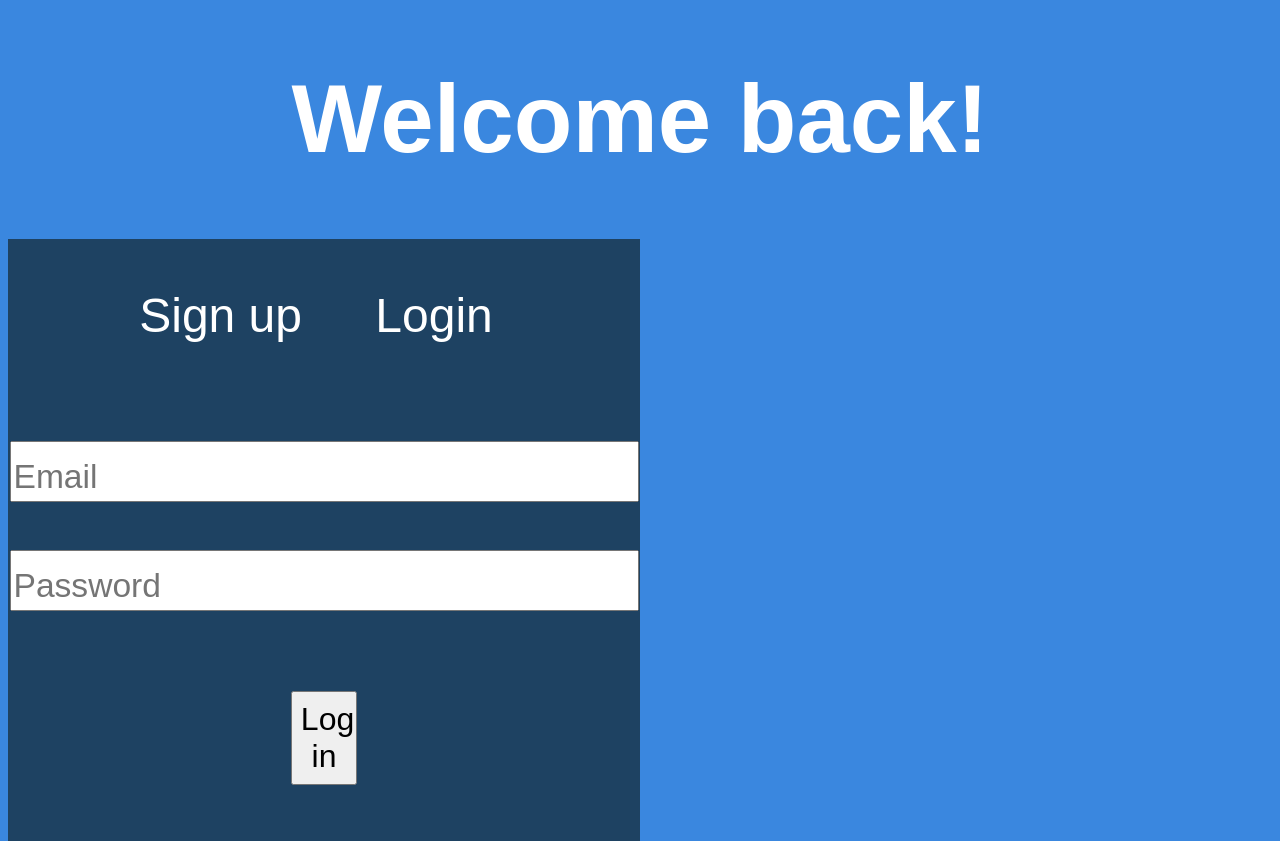
Repository: NicolasssCarlos/basic-flask-login
Page: http://localhost/
These files come from the project's save history. The page is drawn as it stood at one moment and after the next save; the edit follows.
The browser window is 1280 px wide. The pictures show the whole page.
The page is served by the project's application, run on Flask 3 (app.py).

Above is the page before, as saved 2025-06-11 20:53:18.

After the next save:
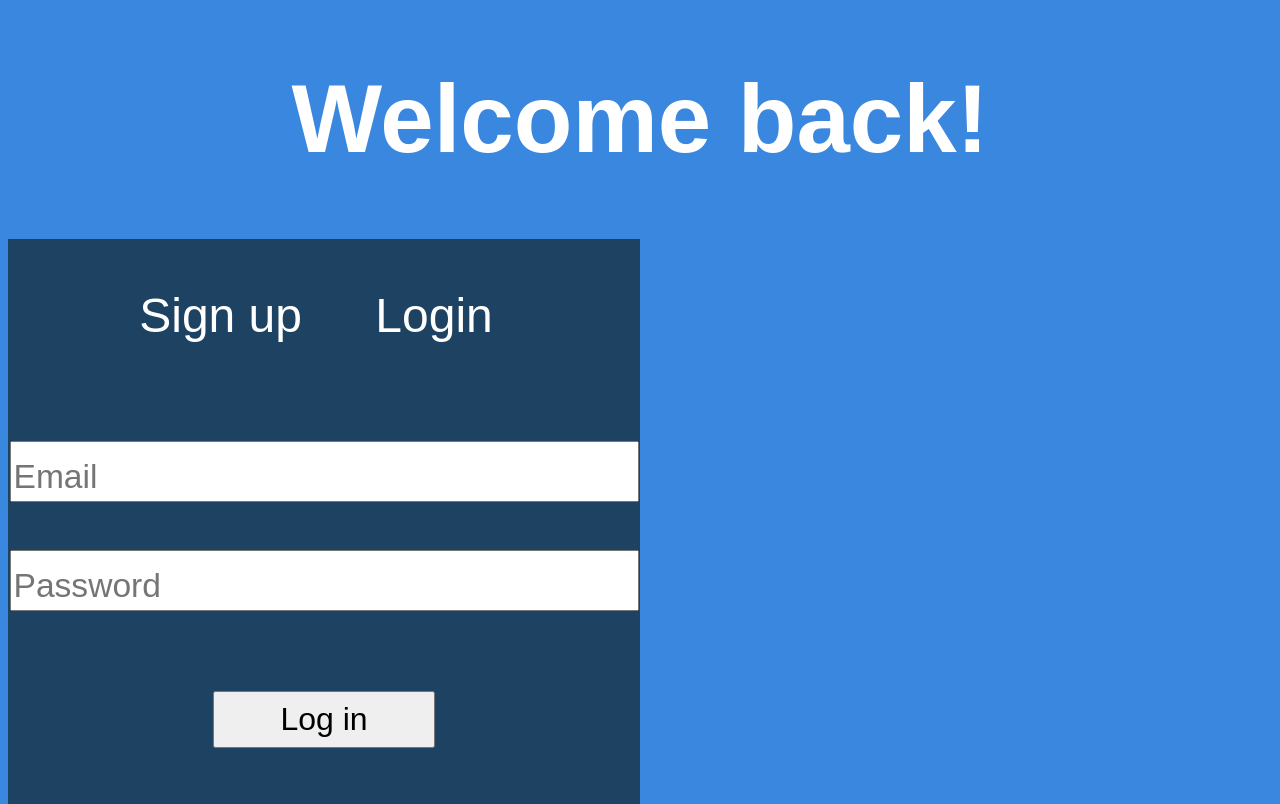
Saved 7 s later.
--- a/static/main.css
+++ b/static/main.css
@@ -75,7 +75,7 @@
     gap: 1rem;
 
 
-    width: 30%;
+
 
 
     margin: 0 auto;

After the save that followed:
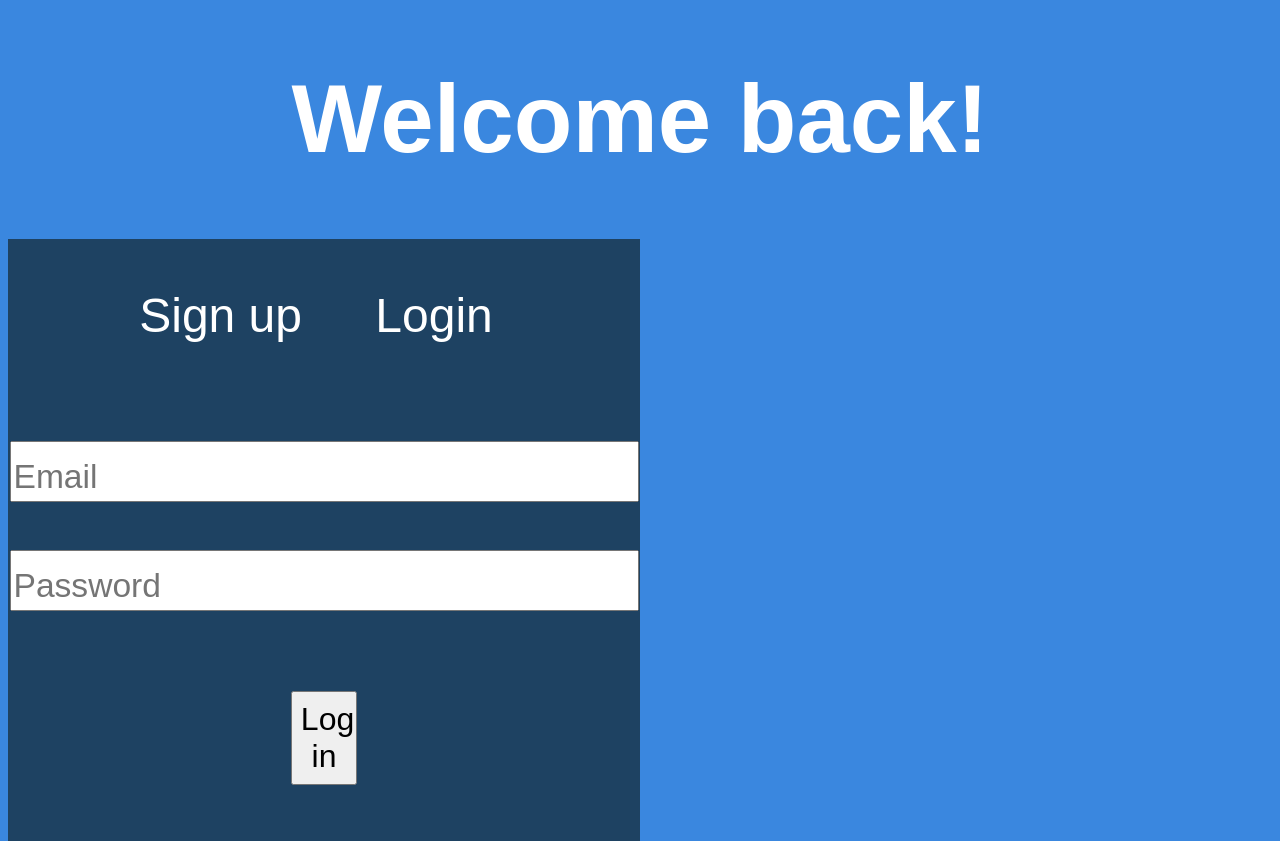
Saved 5 s later.
--- a/static/main.css
+++ b/static/main.css
@@ -75,7 +75,7 @@
     gap: 1rem;
 
 
-
+    width: 30%;
 
 
     margin: 0 auto;
